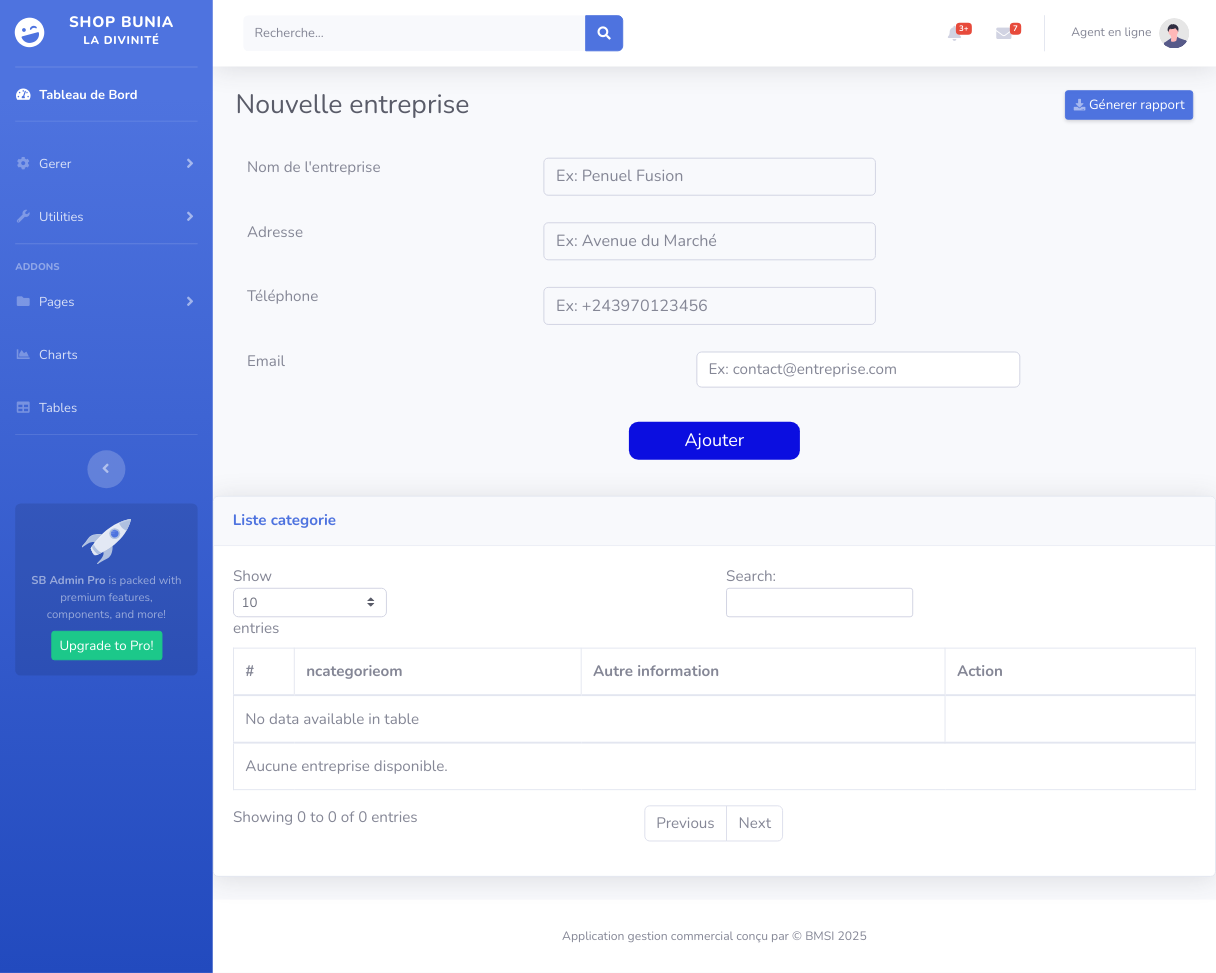
Repository: gradi243/gestion_boutique
Page: http://localhost/entreprise.php
These files come from the project's save history. The page is drawn as it stood at one moment and after the next save; the edit follows.
The browser window is 1280 px wide. The pictures show the whole page, at 95% of full size.
The page is run by PHP 8.4 with error messages shown; the project is at /var/www/html/. The session is filled in as if someone had signed in: {"id": 1, "nom": "Feza", "email": "gradi@gmail.com", "role": "admin", "id_entreprise": 1}. Other server files are loaded and not shown. Queries for data that is not in the repository find no rows.

Above is the page before, as saved 2025-10-24 17:25:51.
Console error: TypeError: Cannot read properties of null (reading 'length')

### entreprise.php
<?php

    session_start();
    include_once("connexion/connexion.php");

    // Vérifie si l'utilisateur est connecté
    if (!isset($_SESSION['id'])) {
        header("Location: login.php");
        exit;
    }
    // Connexion à la base de données
    include_once('connexion/connexion.php');

?>
<!DOCTYPE html>
<html lang="en">
    <?php
        include("lien/lien.php");
    ?>
<body id="page-top">

    <!-- Page Wrapper -->
    <div id="wrapper">

        <!-- Sidebar -->
        <?php
            include("menugauche/menugauche.php");
        ?>
        <!-- End of Sidebar -->

        <!-- Content Wrapper -->
        <div id="content-wrapper" class="d-flex flex-column">

            <!-- Main Content -->
            <div id="content">

                <!-- Topbar -->
                <?php
                    include("topbar/topbar.php");
                ?>
                <!-- End of Topbar -->

                <!-- Begin Page Content -->
                <div class="container-fluid">

                    <!-- Page Heading -->
                    <?php if(empty($_GET["modifier"])) : ?>
                        <div class="d-sm-flex align-items-center justify-content-between mb-4">
                            <h1 class="h3 mb-0 text-gray-800">Nouvelle entreprise</h1>
                            <a href="#" class="d-none d-sm-inline-block btn btn-sm btn-primary shadow-sm"><i
                            class="fas fa-download fa-sm text-white-50"></i> Génerer rapport</a>
                        </div>
                    <!-- gestion de message  -->
                        <div class="alerte">
                            <?php
                                if(isset($_GET['msg']) && !empty($_GET["msg"]) ) { ?>

                                    <div><p> <?= htmlspecialchars($_GET["msg"]) ?> </p></div>
                                <?php } ?>
                        </div>
                        <form action="include/entreprise.php" method="post" class="formulaire">
                            <table class="table table-borderless">
                                <tr>
                                    <td><label for="nom">Nom de l'entreprise</label></td>
                                    <td>
                                        <input type="text" id="nom" name="nom" class="form-control" placeholder="Ex: Penuel Fusion" required>
                                    </td>
                                </tr>
                                <tr>
                                    <td><label for="adresse">Adresse</label></td>
                                    <td>
                                        <input type="text" id="adresse" name="adresse" class="form-control" placeholder="Ex: Avenue du Marché" required>
                                    </td>
                                </tr>
                                <tr>
                                    <td><label for="telephone">Téléphone</label></td>
                                    <td>
                                        <input type="text" id="telephone" name="telephone" class="form-control" placeholder="Ex: +243970123456" required>
                                    </td>
                                </tr>
                                <tr>
                                    <td><label for="email">Email</label></td>
                                    <td>
                                        <input type="email" id="email" name="email" class="form-control" placeholder="Ex: contact@entreprise.com" required>
                                    </td>
                                </tr>
                                <tr>
                                    <td colspan="2">
                                        <input type="submit" name="valider" value="Ajouter" class="btn btn-success">
                                    </td>
                                </tr>
                            </table>
                        </form>

                    <?php endif ?>

                    <!-- une condition pour la modification si la variable n'est pas vide -->
                    <?php if(!empty($_GET["modifier"])) : ?>
                        <div class="d-sm-flex align-items-center justify-content-between mb-4">
                            <h1 class="h3 mb-0 text-gray-800">Modification de l'entreprise</h1>
                            <a href="#" class="d-none d-sm-inline-block btn btn-sm btn-primary shadow-sm">
                                <i class="fas fa-download fa-sm text-white-50"></i> Générer rapport
                            </a>
                        </div>

                        <?php
                            $mod = htmlspecialchars($_GET['modifier']);
                            $req = $pdo->prepare("SELECT * FROM entreprise WHERE id = ?");
                            $req->execute([$mod]);
                            $affiche = $req->fetch(PDO::FETCH_ASSOC);
                        ?>

                        <form action="include/entreprise.php" method="post" class="formulaire">
                            <table class="table table-borderless">
                                <!-- Champ caché pour l'ID -->
                                <input type="hidden" name="id" value="<?= htmlspecialchars($affiche['id']) ?>">

                                <tr>
                                    <td>Nom de l'entreprise</td>
                                    <td>
                                        <input type="text" name="nom" class="form-control" placeholder="Ex: Penuel Fusion"
                                            value="<?= htmlspecialchars($affiche['nom']) ?>" required>
                                    </td>
                                    <td>
                                        <input type="submit" name="valider" value="Modifier" class="btn btn-primary">
                                    </td>
                                </tr>

                                <tr>
                                    <td>Adresse</td>
                                    <td>
                                        <input type="text" name="adresse" class="form-control" placeholder="Ex: Avenue du Marché"
                                            value="<?= htmlspecialchars($affiche['adresse']) ?>" required>
                                    </td>
                                </tr>

                                <tr>
                                    <td>Téléphone</td>
                                    <td>
                                        <input type="text" name="telephone" class="form-control" placeholder="Ex: +243970123456"
                                            value="<?= htmlspecialchars($affiche['telephone']) ?>" required>
                                    </td>
                                </tr>

                                <tr>
                                    <td>Email</td>
                                    <td>
                                        <input type="email" name="email" class="form-control" placeholder="Ex: contact@entreprise.com"
                                            value="<?= htmlspecialchars($affiche['email']) ?>" required>
                                    </td>
                                </tr>
                            </table>
                        </form>
                    <?php endif; ?>

                </div>
                <div class="card shadow mb-4">
                        <div class="card-header py-3">
                            <h6 class="m-0 font-weight-bold text-primary">Liste categorie</h6>
                        </div>
                        <div class="card-body">
                            <div class="table-responsive">
                                <table class="table table-bordered" id="dataTable" width="100%" cellspacing="0">
                                    <thead>
                                        <tr>
                                            <th>#</th>
                                            <th>ncategorieom </th>
                                            <th>Autre information</th>
                                            <th colspan="2">Action</th>
                                        </tr>
                                    </thead>

                                    <tbody>
                                     <tbody>
                                            <?php
                                            include_once("connexion/connexion.php");

                                            $sql = "SELECT * FROM entreprise ORDER BY nom ASC";
                                            $stmt = $pdo->prepare($sql);
                                            $stmt->execute();

                                            $has = false;
                                            while ($row = $stmt->fetch(PDO::FETCH_ASSOC)) {
                                                $has = true;
                                                ?>
                                                <tr>
                                                    <td><?= htmlspecialchars($row['id_entreprise']) ?></td>
                                                    <td><?= htmlspecialchars($row['nom']) ?></td>
                                                    <td><?= htmlspecialchars($row['adresse']) ?></td>
                                                    <td><?= htmlspecialchars($row['telephone']) ?></td>
                                                    <td><?= htmlspecialchars($row['email']) ?></td>
                                                    <td>
                                                        <a href="entreprise.php?modifier=<?= urlencode($row['id_entreprise']) ?>" class="btn btn-primary">Modifier</a>
                                                        <a href="include/entreprise.php?sup=<?= urlencode($row['id_entreprise']) ?>" class="btn btn-danger" onclick="return confirm('Supprimer cette entreprise ?')">Supprimer</a>
                                                    </td>
                                                </tr>
                                                <?php
                                            }

                                            if (!$has) {
                                                echo '<tr><td colspan="6">Aucune entreprise disponible.</td></tr>';
                                            }
                                            ?>
                                            </tbody>
                                    </tbody>
                                </table>
                            </div>
                        </div>
                    </div>

            </div>

            <!-- Footer -->
            <footer class="sticky-footer bg-white">
                <div class="container my-auto">
                    <div class="copyright text-center my-auto">
                        <span>Application gestion commercial conçu par &copy; BMSI 2025</span>
                    </div>
                </div>
            </footer>
            <!-- End of Footer -->

        </div>
        <!-- End of Content Wrapper -->

    </div>
    <!-- End of Page Wrapper -->

    <!-- Scroll to Top Button-->
    <a class="scroll-to-top rounded" href="#page-top">
        <i class="fas fa-angle-up"></i>
    </a>

    <!-- Logout Modal-->
    <div class="modal fade" id="logoutModal" tabindex="-1" role="dialog" aria-labelledby="exampleModalLabel"
        aria-hidden="true">
        <div class="modal-dialog" role="document">
            <div class="modal-content">
                <div class="modal-header">
                    <h5 class="modal-title" id="exampleModalLabel">Ready to Leave?</h5>
                    <button class="close" type="button" data-dismiss="modal" aria-label="Close">
                        <span aria-hidden="true">×</span>
                    </button>
                </div>
                <div class="modal-body">Select "Logout" below if you are ready to end your current session.</div>
                <div class="modal-footer">
                    <button class="btn btn-secondary" type="button" data-dismiss="modal">Cancel</button>
                    <a class="btn btn-primary" href="login.html">Logout</a>
                </div>
            </div>
        </div>
    </div>
    <?php
    include("lienjs/lienjs.php");
    ?>
</body>

</html>

### connexion/connexion.php
<?php
try {
    // Connexion à la base de données
    $pdo = new PDO(
        "mysql:host=localhost;dbname=supermarcher;charset=utf8",
        "root",
        "123",
        [
            PDO::ATTR_ERRMODE => PDO::ERRMODE_EXCEPTION, // Active les exceptions
            PDO::ATTR_DEFAULT_FETCH_MODE => PDO::FETCH_ASSOC, // Mode de récupération par défaut
            PDO::ATTR_EMULATE_PREPARES => false // Pour plus de sécurité
        ]
    );

   //echo "Connexion réussie à la base de données !";

} catch (PDOException $e) {
    // En cas d’erreur de connexion
    echo "Erreur de connexion à la base de données : " . $e->getMessage();
}
?>

### lien/lien.php
<head>
    <meta charset="utf-8">
    <meta http-equiv="X-UA-Compatible" content="IE=edge">
    <meta name="viewport" content="width=device-width, initial-scale=1, shrink-to-fit=no">
    <meta name="description" content="">
    <meta name="author" content="">

    <title>SB Admin 2 - Dashboard</title>

    <!-- Custom fonts for this template-->
    <link href="vendor/fontawesome-free/css/all.min.css" rel="stylesheet" type="text/css">
    <link
        href="https://fonts.googleapis.com/css?family=Nunito:200,200i,300,300i,400,400i,600,600i,700,700i,800,800i,900,900i"
        rel="stylesheet">
    <!-- Custom styles for this template-->
    <link href="css/sb-admin-2.min.css" rel="stylesheet">
    <link rel="stylesheet" href="style1.css">
</head>

### menugauche/menugauche.php
<ul class="navbar-nav bg-gradient-primary sidebar sidebar-dark accordion" id="accordionSidebar">

            <!-- Sidebar - Brand -->
            <a class="sidebar-brand d-flex align-items-center justify-content-center" href="index.php">
                <div class="sidebar-brand-icon rotate-n-15">
                    <i class="fas fa-laugh-wink"></i>
                </div>
                <div class="sidebar-brand-text mx-3">Shop Bunia <sup>La divinité</sup></div>
            </a>

            <!-- Divider -->
            <hr class="sidebar-divider my-0">

            <!-- Nav Item - Dashboard -->
            <li class="nav-item active">
                <a class="nav-link" href="index.php">
                    <i class="fas fa-fw fa-tachometer-alt"></i>
                    <span>Tableau de Bord</span></a>
            </li>

            <!-- Divider -->
            <hr class="sidebar-divider">

            <li class="nav-item">
                <a class="nav-link collapsed" href="#" data-toggle="collapse" data-target="#collapseTwo"
                    aria-expanded="true" aria-controls="collapseTwo">
                    <i class="fas fa-fw fa-cog"></i>
                    <span>Gerer</span>
                </a>
                <div id="collapseTwo" class="collapse" aria-labelledby="headingTwo" data-parent="#accordionSidebar">
                    <div class="bg-white py-2 collapse-inner rounded">
                        <a class="collapse-item" href="categorie.php">Categorie</a>
                        <a class="collapse-item" href="produit.php">produit</a>
                        <a class="collapse-item" href="client.php">client</a>
                        <a class="collapse-item" href="typeoperation.php">type opération</a>
                        <a class="collapse-item" href="paiement.php">paiement</a>
                        <a class="collapse-item" href="mouvementcaisse.php">mouvement caisse</a>
                    </div>
                </div>
            </li>

            <!-- Nav Item - Utilities Collapse Menu -->
            <li class="nav-item">
                <a class="nav-link collapsed" href="#" data-toggle="collapse" data-target="#collapseUtilities"
                    aria-expanded="true" aria-controls="collapseUtilities">
                    <i class="fas fa-fw fa-wrench"></i>
                    <span>Utilities</span>
                </a>
                <div id="collapseUtilities" class="collapse" aria-labelledby="headingUtilities"
                    data-parent="#accordionSidebar">
                    <div class="bg-white py-2 collapse-inner rounded">
                        <h6 class="collapse-header">Custom Utilities:</h6>
                        <a class="collapse-item" href="utilities-color.html">Colors</a>
                        <a class="collapse-item" href="utilities-border.html">Borders</a>
                        <a class="collapse-item" href="utilities-animation.html">Animations</a>
                        <a class="collapse-item" href="utilities-other.html">Other</a>
                    </div>
                </div>
            </li>

            <!-- Divider -->
            <hr class="sidebar-divider">

            <!-- Heading -->
            <div class="sidebar-heading">
                Addons
            </div>

            <!-- Nav Item - Pages Collapse Menu -->
            <li class="nav-item">
                <a class="nav-link collapsed" href="#" data-toggle="collapse" data-target="#collapsePages"
                    aria-expanded="true" aria-controls="collapsePages">
                    <i class="fas fa-fw fa-folder"></i>
                    <span>Pages</span>
                </a>
                <div id="collapsePages" class="collapse" aria-labelledby="headingPages" data-parent="#accordionSidebar">
                    <div class="bg-white py-2 collapse-inner rounded">
                        <h6 class="collapse-header">Login Screens:</h6>
                        <a class="collapse-item" href="login.html">Login</a>
                        <a class="collapse-item" href="register.html">Register</a>
                        <a class="collapse-item" href="forgot-password.html">Forgot Password</a>
                        <div class="collapse-divider"></div>
                        <h6 class="collapse-header">Other Pages:</h6>
                        <a class="collapse-item" href="404.html">404 Page</a>
                        <a class="collapse-item" href="blank.html">Blank Page</a>
                    </div>
                </div>
            </li>

            <!-- Nav Item - Charts -->
            <li class="nav-item">
                <a class="nav-link" href="charts.html">
                    <i class="fas fa-fw fa-chart-area"></i>
                    <span>Charts</span></a>
            </li>

            <!-- Nav Item - Tables -->
            <li class="nav-item">
                <a class="nav-link" href="tables.html">
                    <i class="fas fa-fw fa-table"></i>
                    <span>Tables</span></a>
            </li>

            <!-- Divider -->
            <hr class="sidebar-divider d-none d-md-block">

            <!-- Sidebar Toggler (Sidebar) -->
            <div class="text-center d-none d-md-inline">
                <button class="rounded-circle border-0" id="sidebarToggle"></button>
            </div>

            <!-- Sidebar Message -->
            <div class="sidebar-card d-none d-lg-flex">
                <img class="sidebar-card-illustration mb-2" src="img/undraw_rocket.svg" alt="...">
                <p class="text-center mb-2"><strong>SB Admin Pro</strong> is packed with premium features, components, and more!</p>
                <a class="btn btn-success btn-sm" href="https://startbootstrap.com/theme/sb-admin-pro">Upgrade to Pro!</a>
            </div>

        </ul>

### lienjs/lienjs.php
<!-- Bootstrap core JavaScript-->
<script src="vendor/jquery/jquery.min.js"></script>
    <script src="vendor/bootstrap/js/bootstrap.bundle.min.js"></script>

    <!-- Core plugin JavaScript-->
    <script src="vendor/jquery-easing/jquery.easing.min.js"></script>

    <!-- Custom scripts for all pages-->
    <script src="js/sb-admin-2.min.js"></script>

    <!-- Page level plugins -->
    <script src="vendor/chart.js/Chart.min.js"></script>

    <!-- Page level custom scripts -->
    <script src="js/demo/chart-area-demo.js"></script>
    <script src="js/demo/chart-pie-demo.js"></script>


    <!-- Bootstrap core JavaScript-->
    <script src="vendor/jquery/jquery.min.js"></script>
    <script src="vendor/bootstrap/js/bootstrap.bundle.min.js"></script>

    <!-- Core plugin JavaScript-->
    <script src="vendor/jquery-easing/jquery.easing.min.js"></script>

    <!-- Custom scripts for all pages-->
    <script src="js/sb-admin-2.min.js"></script>

    <!-- Page level plugins -->
    <script src="vendor/datatables/jquery.dataTables.min.js"></script>
    <script src="vendor/datatables/dataTables.bootstrap4.min.js"></script>

    <!-- Page level custom scripts -->
    <script src="js/demo/datatables-demo.js"></script>

### style1.css

.formulaire input{
    width: 50%;
    margin-bottom:5px;
    margin: 2px auto;
    display: block;
  }
  .formulaire input[type="text"], .formulaire input[type="password"], .formulaire input[type="datetime-local"], .formulaire select, .formulaire input[type="number"], .formulaire select, .formulaire input[type="mail"]{

    background: transparent;
    width: 350px;
    height: 40px;
    border-radius: 5px;
    color: black;
    font-size: 17px;
    margin-left: 10px;
  }
  .formulaire input[type="submit"]{
    border: none;
    outline: none;
    width: 180px;
    height: 40px;
    background: rgb(11, 14, 224);
    color: white;
    font-size: 19px;
    border-radius: 10px;
    padding: 1px 20px;
    margin: 10px auto;
  }
  .formulaire input[type="submit"]:hover{
    cursor: pointer;
    background: green;
  }

Loaded but not shown: css/sb-admin-2.min.css (library); js/sb-admin-2.min.js (common file); js/demo/chart-area-demo.js (common file); js/demo/chart-pie-demo.js (common file); js/demo/datatables-demo.js (common file); img/undraw_rocket.svg (39 lines, source omitted); img/undraw_profile.svg (38 lines, source omitted); img/undraw_profile_3.svg (47 lines, source omitted); img/undraw_profile_2.svg (44 lines, source omitted); img/undraw_profile_1.svg (38 lines, source omitted); topbar/topbar.php (201 lines, source omitted)

After the next save:
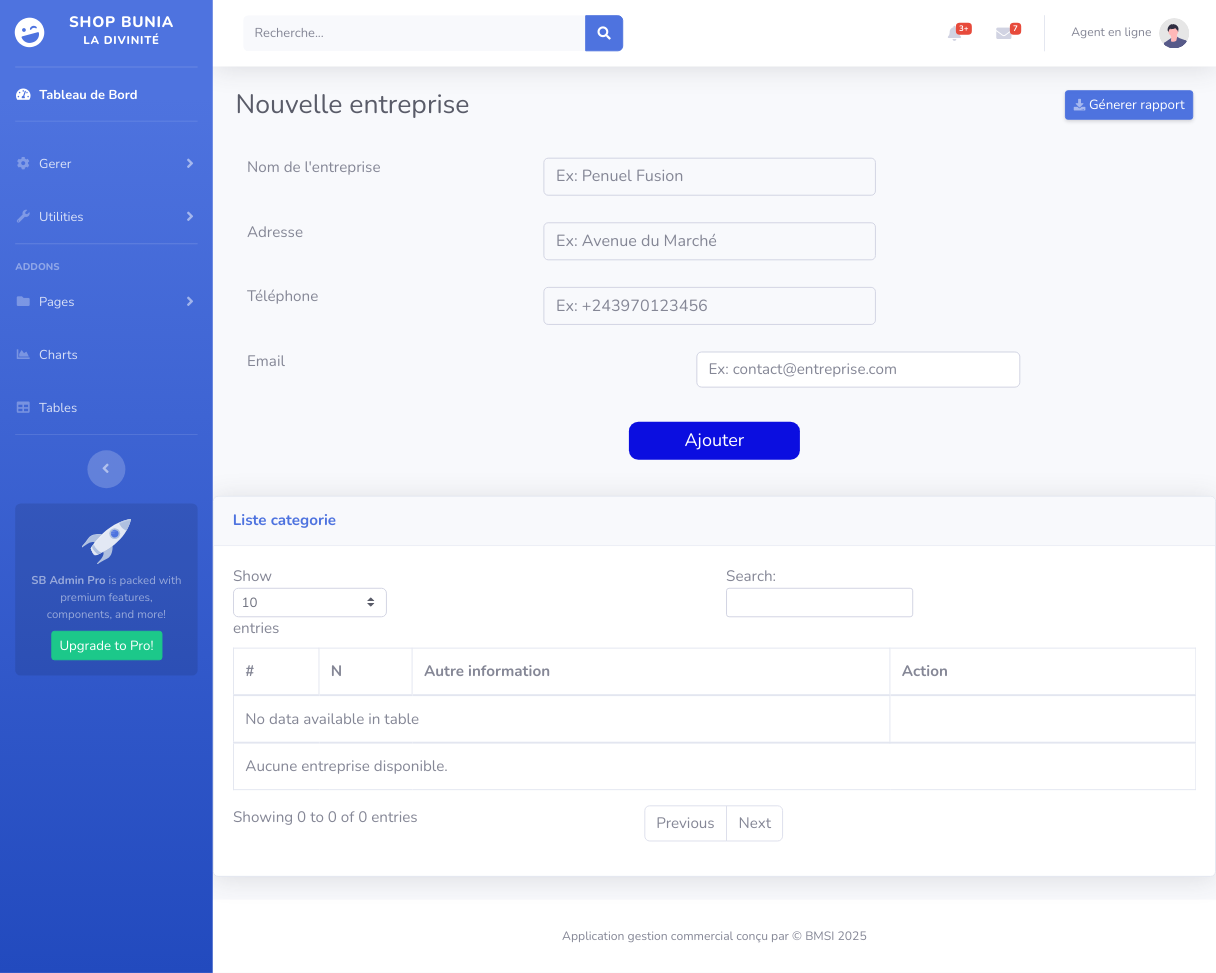
Saved 7 s later.
--- a/entreprise.php
+++ b/entreprise.php
@@ -164,7 +164,7 @@
                                     <thead>
                                         <tr>
                                             <th>#</th>
-                                            <th>ncategorieom </th>
+                                            <th>N </th>
                                             <th>Autre information</th>
                                             <th colspan="2">Action</th>
                                         </tr>
